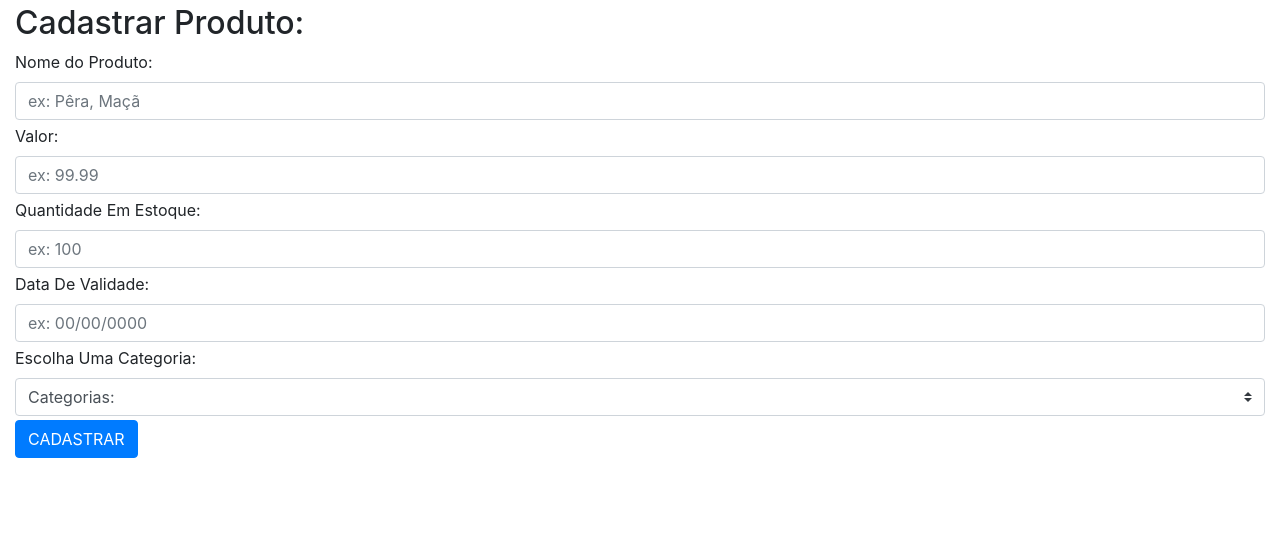
Repository: ricardofelipesilva/sistema
Page: http://localhost/site/controle.jsp
An editor plug-in stored every save of this project. The page is shown before and after the next save, followed by the edit.
The browser window is 1280 px wide. The pictures show the whole page.
The page is served by Tomcat 9. Other server files are loaded and not shown.

Above is the page before, as saved 2019-07-01 17:20:25.

### site/WebContent/controle.jsp
<%@ taglib uri="http://java.sun.com/jsp/jstl/core" prefix="c" %>
<!DOCTYPE html>
<html>
<head>
<meta charset="ISO-8859-1">
<link rel="stylesheet" href="https://stackpath.bootstrapcdn.com/bootstrap/4.3.1/css/bootstrap.min.css" integrity="sha384-ggOyR0iXCbMQv3Xipma34MD+dH/1fQ784/j6cY/iJTQUOhcWr7x9JvoRxT2MZw1T" crossorigin="anonymous">

<script src="https://code.jquery.com/jquery-3.3.1.slim.min.js" integrity="sha384-q8i/X+965DzO0rT7abK41JStQIAqVgRVzpbzo5smXKp4YfRvH+8abtTE1Pi6jizo" crossorigin="anonymous"></script>
<script src="https://cdnjs.cloudflare.com/ajax/libs/popper.js/1.14.7/umd/popper.min.js" integrity="sha384-UO2eT0CpHqdSJQ6hJty5KVphtPhzWj9WO1clHTMGa3JDZwrnQq4sF86dIHNDz0W1" crossorigin="anonymous"></script>
<script src="https://stackpath.bootstrapcdn.com/bootstrap/4.3.1/js/bootstrap.min.js" integrity="sha384-JjSmVgyd0p3pXB1rRibZUAYoIIy6OrQ6VrjIEaFf/nJGzIxFDsf4x0xIM+B07jRM" crossorigin="anonymous"></script>

<title>Mil Tecnologia | Cadastrar Produto</title>

</head>
<body>
	<form action="./novoproduto" method="post">

	<div class="col-auto my-1">
		<h2>Cadastrar Produto:</h2>
	</div>

	</form>

	<form action="./novoproduto" method="post">
  <div class="col-auto my-1 form-group">
    <label for="exampleInputEmail1">Nome do Produto:</label>
    <input  class="form-control" type="text" name="nome" placeholder="ex: Pêra, Maçã" required>
  </div>

  <div class=" col-auto my-1 form-group">
    <label for="exampleInputEmail1">Valor:</label>
    <input  class="form-control" type="text" name="valor"  placeholder="ex: 99.99" />
  </div>


  <div class=" col-auto my-1 form-group">
    <label for="exampleInputEmail1">Quantidade Em Estoque:</label>
    <input  class="form-control" type="text" name="quantidadeEstoque"  placeholder="ex: 100" />
  </div>

  <div class=" col-auto my-1 form-group">
    <label for="exampleInputEmail1">Data De Validade:</label>
    <input  class="form-control" type="text" name="dataValidade"  placeholder="ex: 00/00/0000" />
  </div>

   <div class="col-auto my-1">
  	 <label class="mr-sm-2 " for="inlineFormCustomSelect">Escolha Uma Categoria:</label>
     <select class="custom-select mr-sm-2" id="inlineFormCustomSelect" name="categoria">
       <option selected>Categorias:</option>
       <option value="1">Proteínas</option>
       <option value="2">Laticínios</option>
       <option value="3">Limpeza</option>
       <option value="4">Carnes</option>
      </select>
    </div>
 <div class=" col-auto my-1 form-group">
  <button type="submit" class="btn btn-primary">CADASTRAR</button>
  </div>
</form>


</body>
</html>

### site/WebContent/views/topo.jsp
<link rel="stylesheet" href="https://stackpath.bootstrapcdn.com/bootstrap/4.3.1/css/bootstrap.min.css" integrity="sha384-ggOyR0iXCbMQv3Xipma34MD+dH/1fQ784/j6cY/iJTQUOhcWr7x9JvoRxT2MZw1T" crossorigin="anonymous">

<script src="https://code.jquery.com/jquery-3.3.1.slim.min.js" integrity="sha384-q8i/X+965DzO0rT7abK41JStQIAqVgRVzpbzo5smXKp4YfRvH+8abtTE1Pi6jizo" crossorigin="anonymous"></script>
<script src="https://cdnjs.cloudflare.com/ajax/libs/popper.js/1.14.7/umd/popper.min.js" integrity="sha384-UO2eT0CpHqdSJQ6hJty5KVphtPhzWj9WO1clHTMGa3JDZwrnQq4sF86dIHNDz0W1" crossorigin="anonymous"></script>
<script src="https://stackpath.bootstrapcdn.com/bootstrap/4.3.1/js/bootstrap.min.js" integrity="sha384-JjSmVgyd0p3pXB1rRibZUAYoIIy6OrQ6VrjIEaFf/nJGzIxFDsf4x0xIM+B07jRM" crossorigin="anonymous"></script>


</head>
<body>
	<header>
		<ul class="nav justify-content-center">
		  <li class="nav-item">
		    <a class="nav-link active" href="#">Active</a>
		  </li>
		  <li class="nav-item">
		    <a class="nav-link" href="#">Link</a>
		  </li>
		  <li class="nav-item">
		    <a class="nav-link" href="#">Link</a>
		  </li>
		  <li class="nav-item">
		    <a class="nav-link disabled" href="#" tabindex="-1" aria-disabled="true">Disabled</a>
		  </li>
		</ul>
	</header>

After the next save:
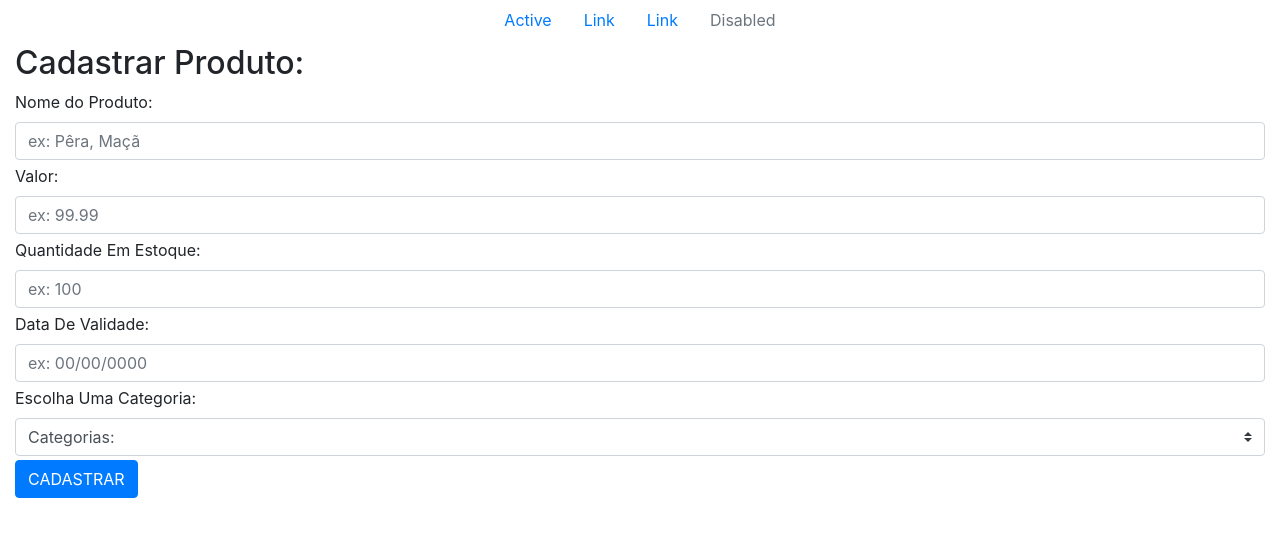
Saved 3 min 54 s later.
--- a/site/WebContent/controle.jsp
+++ b/site/WebContent/controle.jsp
@@ -2,6 +2,7 @@
 <!DOCTYPE html>
 <html>
 <head>
+<title>Mil Tecnologia | Cadastrar Produto</title>
 <meta charset="ISO-8859-1">
 <link rel="stylesheet" href="https://stackpath.bootstrapcdn.com/bootstrap/4.3.1/css/bootstrap.min.css" integrity="sha384-ggOyR0iXCbMQv3Xipma34MD+dH/1fQ784/j6cY/iJTQUOhcWr7x9JvoRxT2MZw1T" crossorigin="anonymous">
 
@@ -9,8 +10,11 @@
 <script src="https://cdnjs.cloudflare.com/ajax/libs/popper.js/1.14.7/umd/popper.min.js" integrity="sha384-UO2eT0CpHqdSJQ6hJty5KVphtPhzWj9WO1clHTMGa3JDZwrnQq4sF86dIHNDz0W1" crossorigin="anonymous"></script>
 <script src="https://stackpath.bootstrapcdn.com/bootstrap/4.3.1/js/bootstrap.min.js" integrity="sha384-JjSmVgyd0p3pXB1rRibZUAYoIIy6OrQ6VrjIEaFf/nJGzIxFDsf4x0xIM+B07jRM" crossorigin="anonymous"></script>
 
-<title>Mil Tecnologia | Cadastrar Produto</title>
 
+<title>Mil Tecnologia | Listar Produtos</title>
+<!-- ################## Cabeçalho da página ###################  -->
+<c:import url="views/topo.jsp" />
+<!-- ################## fim do Cabeçalho da página ###################  -->
 </head>
 <body>
 	<form action="./novoproduto" method="post">
